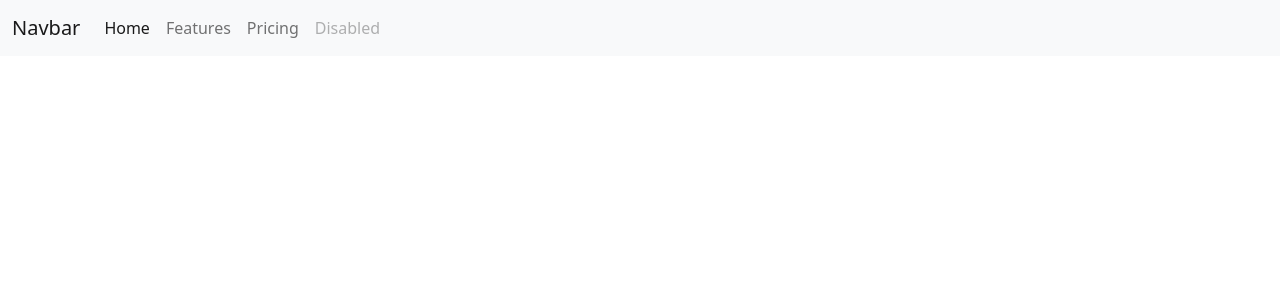
Repository: omarhasnain/panda-commerce-bootstrap
Page: index.html
An editor plug-in stored every save of this project. The page is shown before and after the next save, followed by the edit.
The browser window is 1280 px wide. The pictures show the whole page.

Above is the page before, as saved 2021-01-14 15:34:00.

### index.html
<!DOCTYPE html>
<html lang="en">
<head>
    <meta charset="UTF-8">
    <meta name="viewport" content="width=device-width, initial-scale=1.0">
    <title>Panda Commerce</title>
    <link href="https://cdn.jsdelivr.net/npm/bootstrap@5.0.0-beta1/dist/css/bootstrap.min.css" rel="stylesheet" integrity="sha384-giJF6kkoqNQ00vy+HMDP7azOuL0xtbfIcaT9wjKHr8RbDVddVHyTfAAsrekwKmP1" crossorigin="anonymous">
</head>
<body>
    <header>
        <nav class="navbar navbar-expand-lg navbar-light bg-light">
            <div class="container-fluid">
              <a class="navbar-brand" href="#">Navbar</a>
              <button class="navbar-toggler" type="button" data-bs-toggle="collapse" data-bs-target="#navbarNavAltMarkup" aria-controls="navbarNavAltMarkup" aria-expanded="false" aria-label="Toggle navigation">
                <span class="navbar-toggler-icon"></span>
              </button>
              <div class="collapse navbar-collapse" id="navbarNavAltMarkup">
                <div class="navbar-nav">
                  <a class="nav-link active" aria-current="page" href="#">Home</a>
                  <a class="nav-link" href="#">Features</a>
                  <a class="nav-link" href="#">Pricing</a>
                  <a class="nav-link disabled" href="#" tabindex="-1" aria-disabled="true">Disabled</a>
                </div>
              </div>
            </div>
          </nav>
    </header>














    <script src="https://cdn.jsdelivr.net/npm/bootstrap@5.0.0-beta1/dist/js/bootstrap.bundle.min.js" integrity="sha384-ygbV9kiqUc6oa4msXn9868pTtWMgiQaeYH7/t7LECLbyPA2x65Kgf80OJFdroafW" crossorigin="anonymous"></script>
</body>
</html>

After the next save:
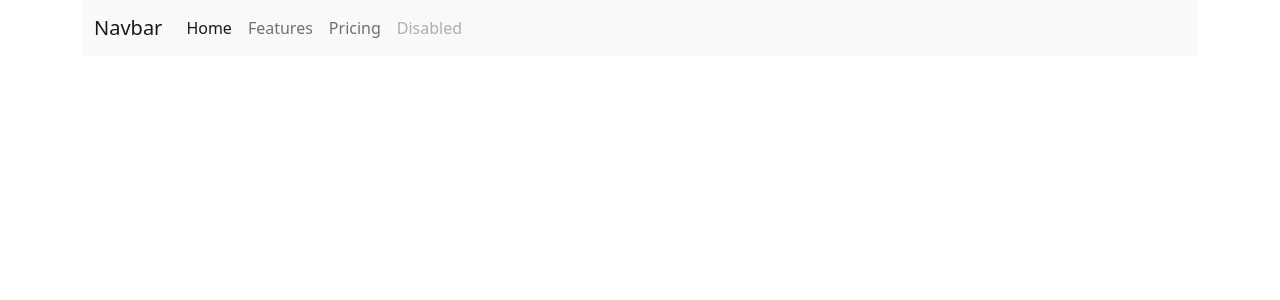
Saved 38 s later.
--- a/index.html
+++ b/index.html
@@ -7,7 +7,7 @@
     <link href="https://cdn.jsdelivr.net/npm/bootstrap@5.0.0-beta1/dist/css/bootstrap.min.css" rel="stylesheet" integrity="sha384-giJF6kkoqNQ00vy+HMDP7azOuL0xtbfIcaT9wjKHr8RbDVddVHyTfAAsrekwKmP1" crossorigin="anonymous">
 </head>
 <body>
-    <header>
+    <header class="container">
         <nav class="navbar navbar-expand-lg navbar-light bg-light">
             <div class="container-fluid">
               <a class="navbar-brand" href="#">Navbar</a>
